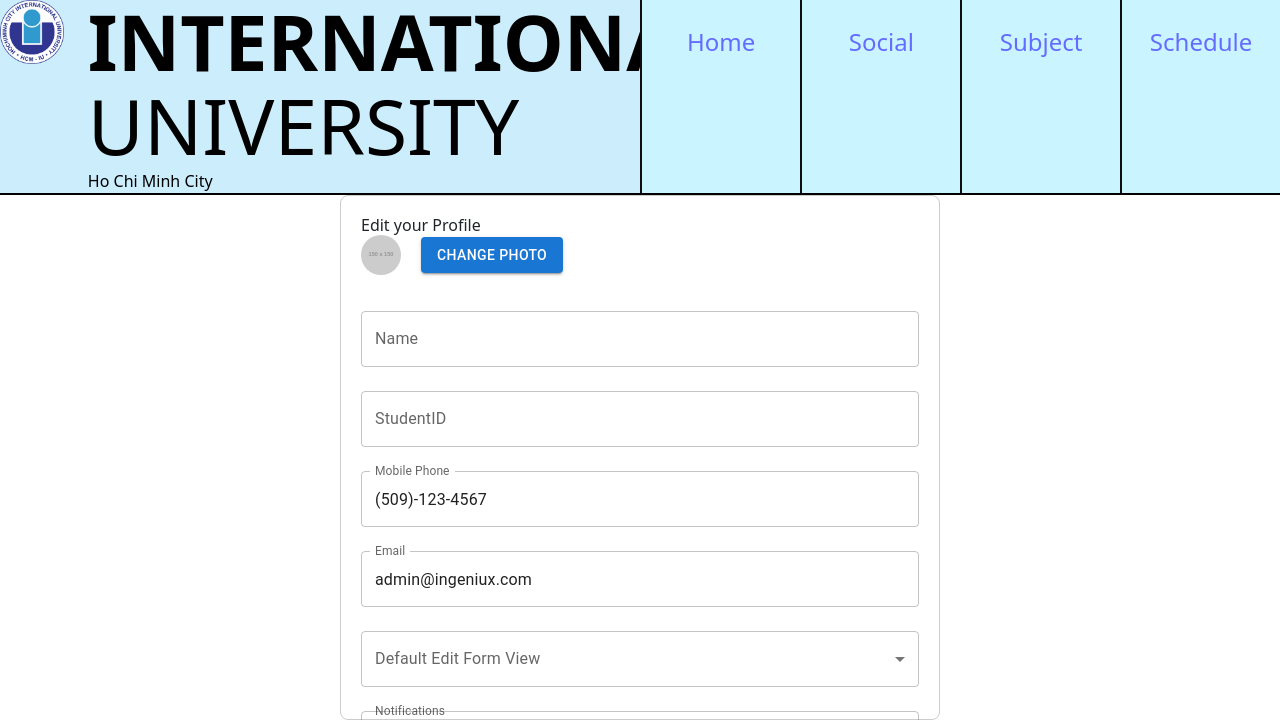
Repository: HarryZ2k3/Cirriculum_manager_SEProj
Page: /edit (app in frontend/)
The author's editor kept a copy of each file at every save. The page is drawn from the files as they stood at one save, then again after the next save.
The browser window is 1280 px wide. The pictures show the whole page.
The project was rebuilt for these pictures with package versions that can differ from the ones it lists, and the page was loaded fresh each time. Also part of the build but not shown: frontend/vite.config.js, frontend/src/utils/Transition.jsx, frontend/src/pages/NotFound.jsx, frontend/src/routes/Home/HomeComponents.jsx, frontend/src/routes/Home/Home.jsx, frontend/src/routes/LoginSign/Login.jsx, frontend/src/routes/LoginSign/Register.jsx, frontend/src/routes/Subject/Grade.jsx and 9 more.

Above is the page before, as saved 2024-06-09 22:48:01.

After the next save:
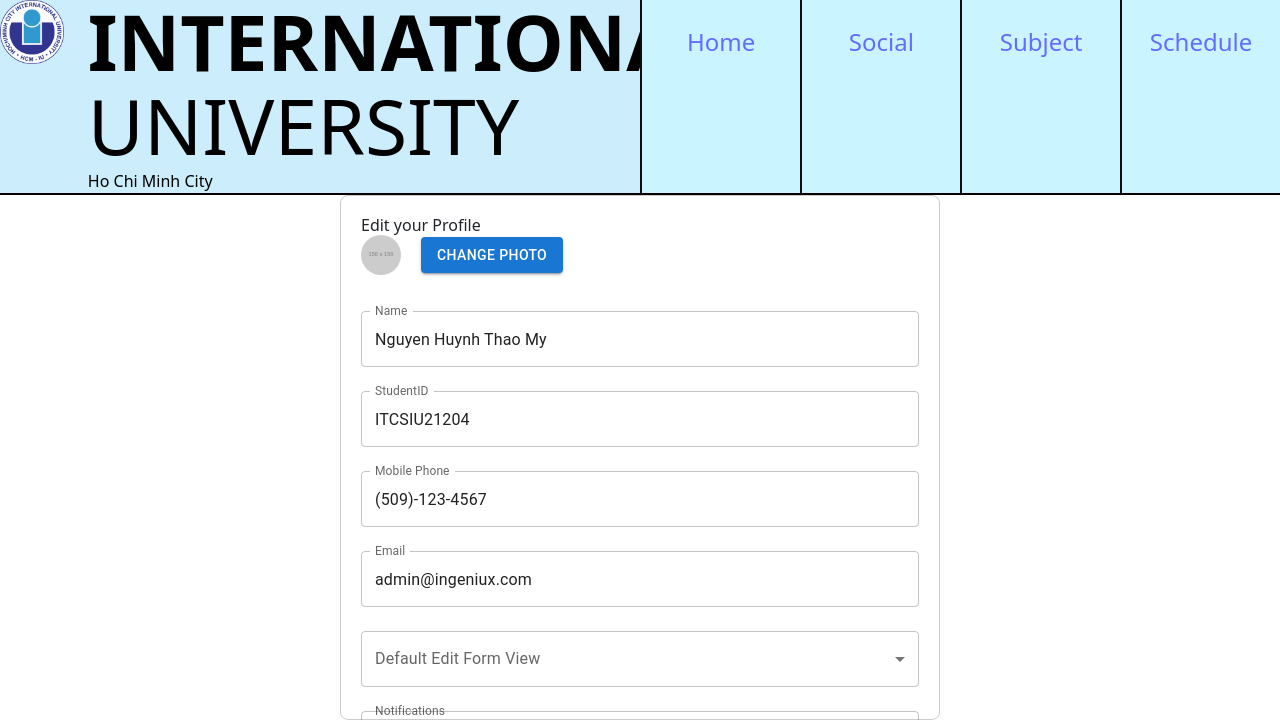
Saved 13 s later.
--- a/frontend/src/routes/Edit/Edit.jsx
+++ b/frontend/src/routes/Edit/Edit.jsx
@@ -83,8 +83,8 @@
 
 const Edit = () => {
   const [profile, setProfile] = useState({
-    StudentName: 'Nguyen Huynh Thao My',
-    StudentID: 'ITCSIU21204',
+    studentName: 'Nguyen Huynh Thao My',
+    studentID: 'ITCSIU21204',
     mobilePhone: '(509)-123-4567',
     email: 'admin@ingeniux.com',
     defaultView: '',
